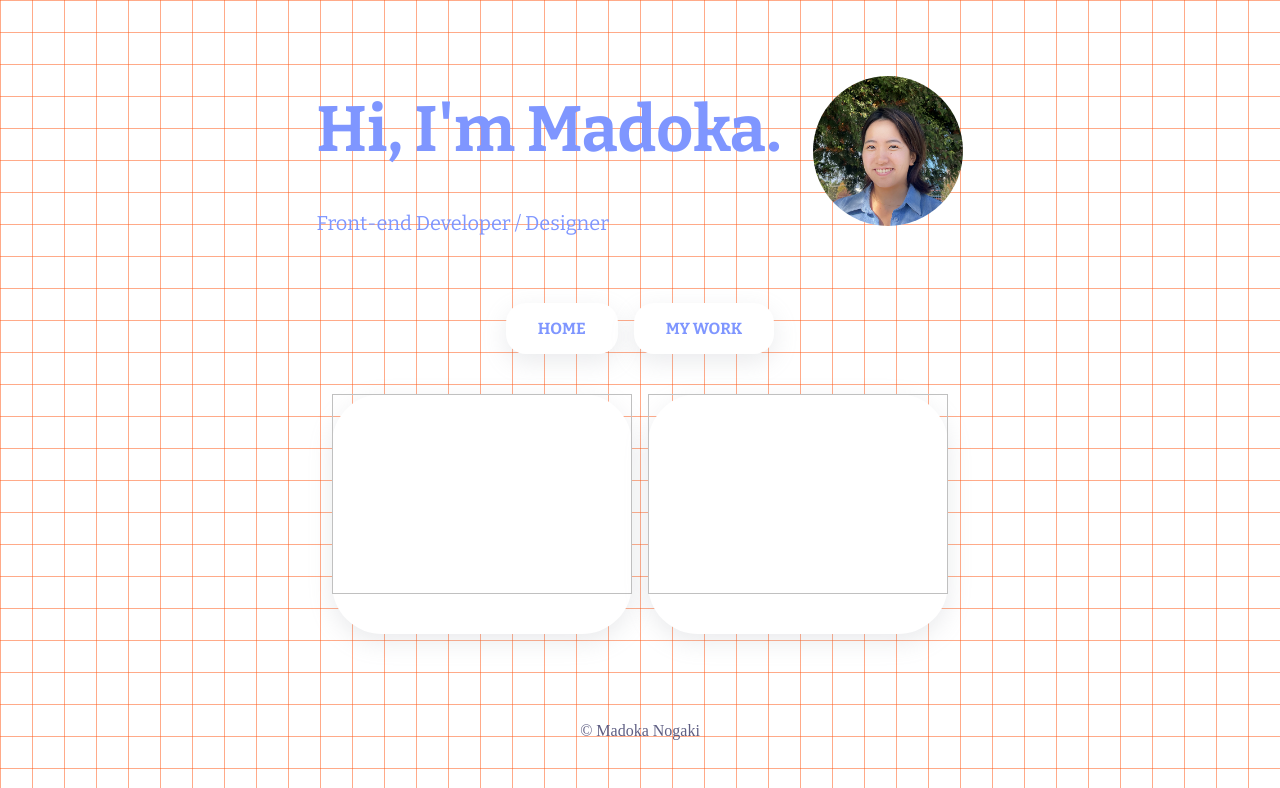
Repository: ohmaruko/portfolio
Page: /works
The author's editor kept a copy of each file at every save. The page is drawn from the files as they stood at one save, then again after a run of saves.
The browser window is 1280 px wide. The pictures show the whole page.
The project was rebuilt for these pictures with package versions that can differ from the ones it lists, and the page was loaded fresh each time. The framework's server and built-in components were replaced by stand-ins that run in the browser. Also part of the build but not shown: next.config.mjs.

Above is the page before, as saved 2024-02-17 22:35:11.

### pages/works.js

import styles from '../styles/Home.module.css'
import Image from 'next/image'
import Header from '@/components/Header'
import Footer from '@/components/Footer'
import { Open_Sans } from 'next/font/google'
import Box2 from '@/components/Box2'


const openSans = Open_Sans ({subsets: ['latin']})

export default function Works() {
  return (
    <>

      <head>
        <title>Madoka Nogaki Portfolio</title>
        <meta name="description" content="Portfolio page" />
        <meta name="viewport" content="width=device-width, initial-scale=1" />
        <link rel="icon" href="/favicon.png" />
      </head>

      <div className={styles.container}>
        <Header className={openSans.className}/>
        <main className={styles.outerContainer}>
          <div>
            {/* <Box2 title='Dolce Donut' image='/images/dolcedonuts.png' url="/" /> */}
          </div>
          <div>
            <Box2 content={
                <div>
                    <h1>aaa</h1>
                </div>
            }/>
          </div>
          <div>
            <Box2 content={
                <div>
                    <h1>sss</h1>
                </div>
            }/>
          </div>
        </main>

        <div className={styles.outerContainer}>
          <Footer />
        </div>
      </div>

    </>
  )
}

### styles/globals.css
:root {
  --orange: #FF5714;
  --light-orange: rgba(255, 87, 20, 0.5);
  --blue: #7F96FF;
  --white: #fff;
  --text: #5e5e83;
  color: #5e5e83;

  --medium-font: 20px;
}

body {
  margin: 0;
}

p {
  font-size: 16px;
}

### styles/Home.module.css
.container {
  display: flex;
  flex-direction: column;
  align-items: center;
  min-height: 100vh;
  /* background */
  background-image:
    linear-gradient(to right, var(--light-orange) 1px, transparent 1px),
    linear-gradient(to bottom, var(--light-orange) 1px, transparent 1px);
  background-size: 2em 2em;
  width: 100%;
}
.header {
  width: 70%;
}
.outerContainer {
  display: flex;
  width: 70%;
  justify-content: center;
  margin: 2em auto;
}
.box1 {
  flex: 1;
  flex-basis: 60%;
}
.box2 {
  flex: 1;
  flex-basis: 40%;
}
.link {
  text-decoration: none;
  color: var(--text);
  display: flex;
  align-items: center;
  gap: 1rem;
}
.logo {
  fill: var(--blue);
}
.skill {
  display: flex;
  gap: 1rem;
}
.footer {
  margin: 2rem;
}
/* mobile */
/* @media (max-width: 800px){

} */

### components/Header/index.js
import styles from './Header.module.css'
import Image from 'next/image'
import Link from 'next/link'
import { Bitter } from 'next/font/google'
const bitter = Bitter ({subsets: ['latin']})

export default function Header() {
    return (
        <header className={`${styles.header}, ${bitter.className}`}>
            <div className={styles.banner}>
                <div>
                    <h1>Hi, I'm Madoka.</h1>
                    <p style={{fontSize:"var(--medium-font)"}}>Front-end Developer / Designer</p>
                </div>
                <Image src="/images/profile.png" alt="profile image" width={150} height={150} className={styles.img} />
            </div>
            <div className={styles.menu}>
                <Link href='/'>HOME</Link>
                <Link href='/works'>MY WORK</Link>
            </div>
        </header>

    )
}

### components/Footer/index.js
import styles from "./Footer.module.css"

export default function Footer() {
    return (
        <>
            <p>&copy; Madoka Nogaki</p>
        </>
    )
}

### components/Box2/index.js
import styles from "./Box2.module.css"
import Image from "next/image"
import Link from "next/link"

export default function Box2({
    title,
    image,
    url
}) {
    return (
        <div className={styles.box2}>
            <Link>
            </Link>
            <Image src={image} width={300} height={200}/>
            <h2 style={{color: "var(--blue)", textAlign: "center"}}>{title}</h2>
        </div>
    )
}

### components/Header/Header.module.css
.header {
    width: 100%;
}
.banner {
    font-size: 2em;
    color: var(--blue);
    display: flex;
    justify-content: center;
    align-items: center;
    gap: 2rem;
    margin: 3rem 0;
}
.img {
    border-radius: 50%;
}
.menu {
    display: flex;
    justify-content: center;
    gap: 1rem;
}
.menu a {
    text-decoration: none;
    color: var(--blue);
    font-weight: bold;
    background-color: var(--white);
    box-shadow: rgba(149, 157, 165, 0.2) 0px 8px 24px;
    border-radius: 20px;
    padding: 1rem 2rem;
}

### components/Box2/Box2.module.css
.box2 {
    background-color: var(--white);
    padding-bottom: 1rem;
    margin: 0.5em;
    border-radius: 50px;
    box-shadow: rgba(149, 157, 165, 0.2) 0px 8px 24px;
}

Loaded but not shown: pages/_app.js (common file); pages/_document.js (common file); components/Footer/Footer.module.css (no stored copy; drawn as an empty file)

After the next 2 saves:
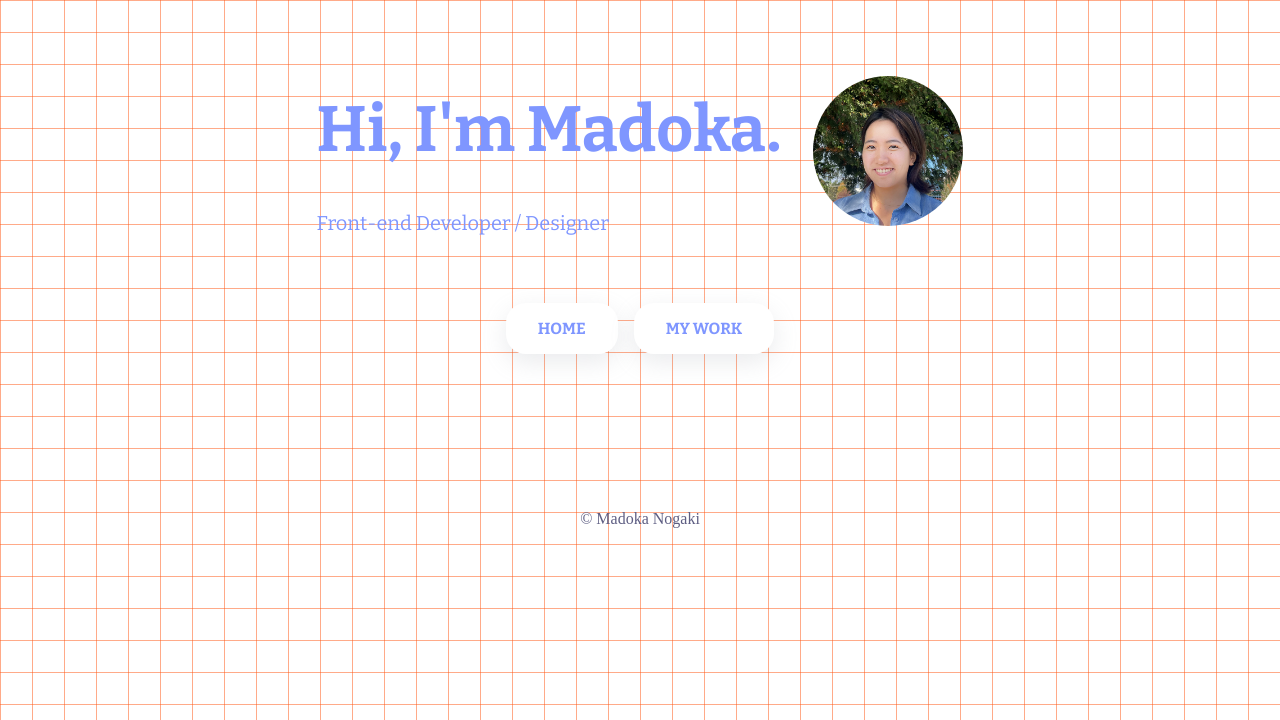
The 2 saves are shown as one change because they came seconds apart.
The last was saved 9 s later.
--- a/components/Box2/index.js
+++ b/components/Box2/index.js
@@ -10,8 +10,10 @@
     return (
         <div className={styles.box2}>
             <Link>
+                <a>
+
+                </a>
             </Link>
-            <Image src={image} width={300} height={200}/>
             <h2 style={{color: "var(--blue)", textAlign: "center"}}>{title}</h2>
         </div>
     )

After the 2 saves that followed:
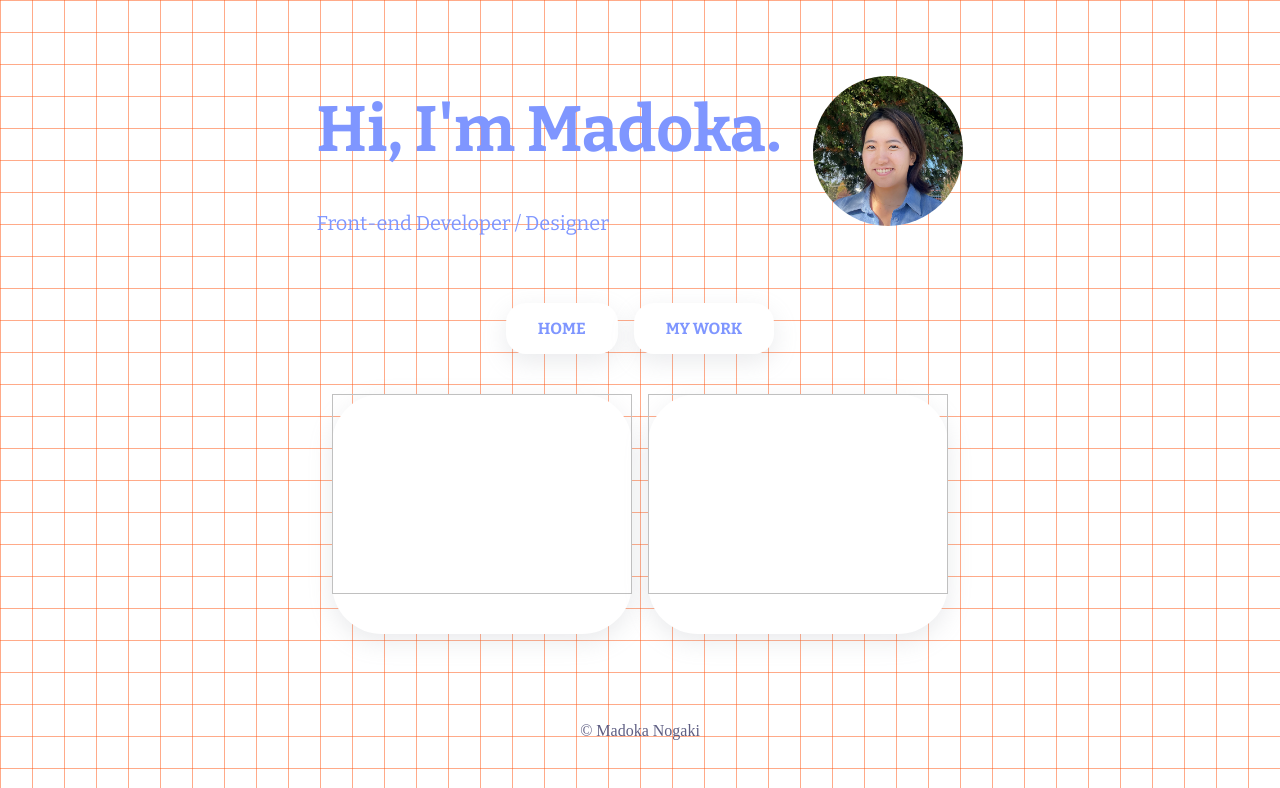
The 2 saves are shown as one change because they came seconds apart.
The last was saved 6 s later.
--- a/components/Box2/index.js
+++ b/components/Box2/index.js
@@ -11,7 +11,7 @@
         <div className={styles.box2}>
             <Link>
                 <a>
-
+                    <Image src={image} width={300} height={200}/>
                 </a>
             </Link>
             <h2 style={{color: "var(--blue)", textAlign: "center"}}>{title}</h2>
